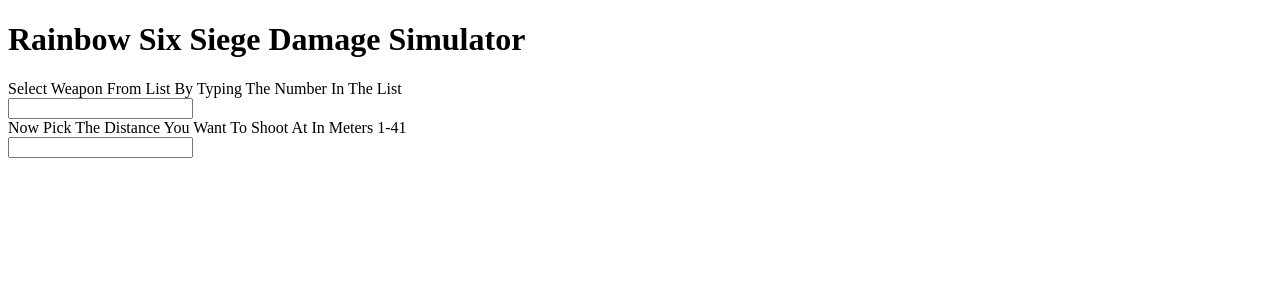
Repository: Garrett66x/R6DamageSim
Page: R6DamageSim/R6DamageSim2/WebContent/R6DamageSim.html
These files come from the project's save history. The page is drawn as it stood at one moment and after the next save; the edit follows.
The browser window is 1280 px wide. The pictures show the whole page.

Above is the page before, as saved 2020-03-12 00:13:49.

After the next save:
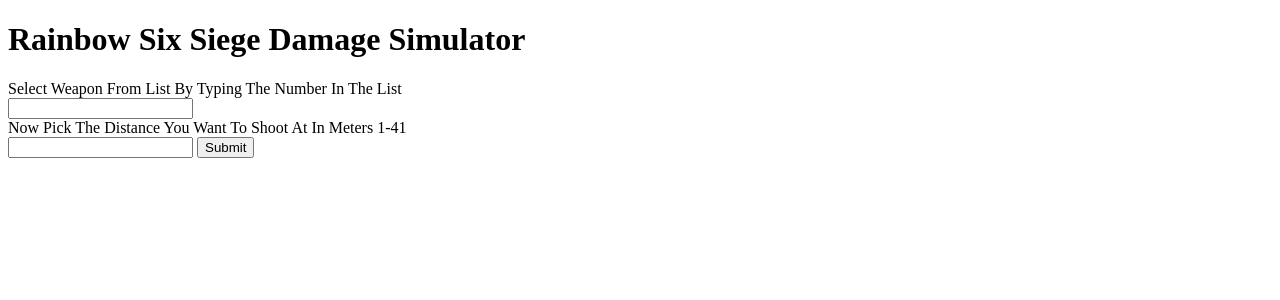
Saved 35 s later.
--- a/R6DamageSim/R6DamageSim2/WebContent/R6DamageSim.html
+++ b/R6DamageSim/R6DamageSim2/WebContent/R6DamageSim.html
@@ -9,10 +9,13 @@
   <h1>Rainbow Six Siege Damage Simulator</h1>
   <label>Select Weapon From List By Typing The Number In The List</label>
   <br>
-  <input type = "text" id = "gunNumber" name = "gunNumber">
+  <form method="post" action="Servlet">
+  <input type = "text" id = "gunNumber" name = "gunNumber"/>
   <br>
   <label>Now Pick The Distance You Want To Shoot At In Meters 1-41</label>
   <br>
-  <input type = "text" id = "distance" name = "distance">
+  <input type = "text" id = "distance" name = "distance"/>
+  <input type = "submit" name = "submit"/>
+  </form>
 </body>
 </html>
